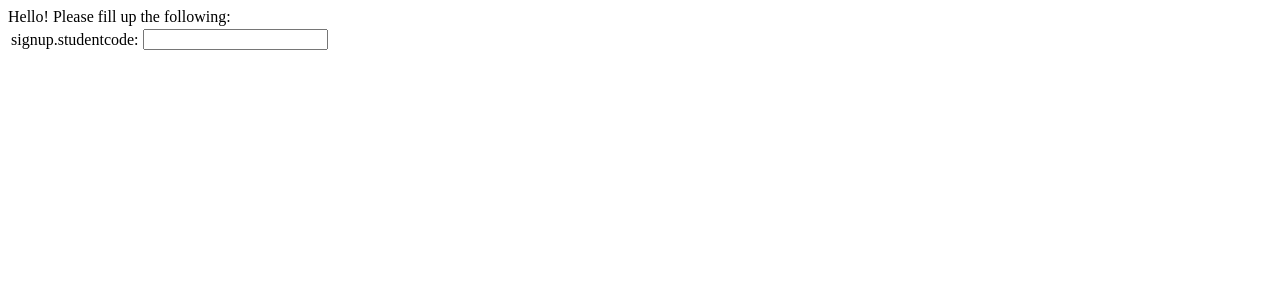
Repository: Kuchuplut/Lyceum-of-Alabang
Page: http://localhost/lyceum-website/JSP/signupform.jsp
The author's editor kept a copy of each file at every save. The page is drawn from the files as they stood at one save, then again after the next save.
The browser window is 1280 px wide. The pictures show the whole page.
The page is served by Tomcat 9.

Above is the page before, as saved 2015-12-28 17:45:28.

After the next save:
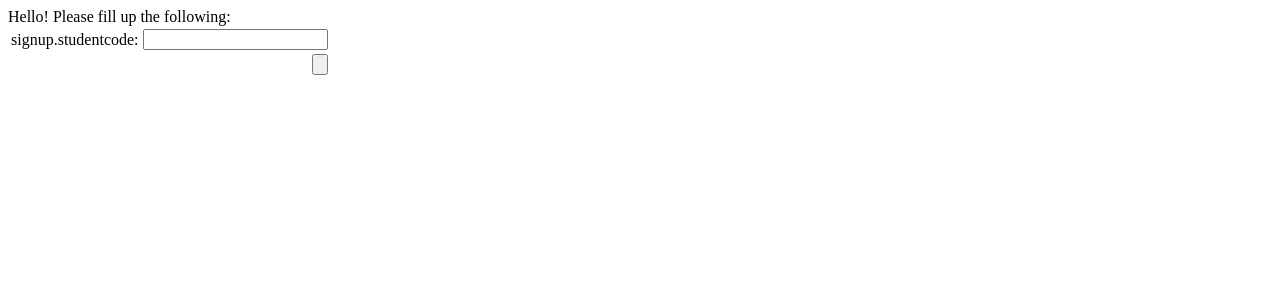
Saved 17 s later.
--- a/lyceum-website/WebContent/JSP/signupform.jsp
+++ b/lyceum-website/WebContent/JSP/signupform.jsp
@@ -14,7 +14,7 @@
 	<s:form name="signUpForm" method="post">
 
 		<s:textfield key="signup.studentcode" />
-
+		<s:submit key="signup.submit" />
 
 	</s:form>
 
